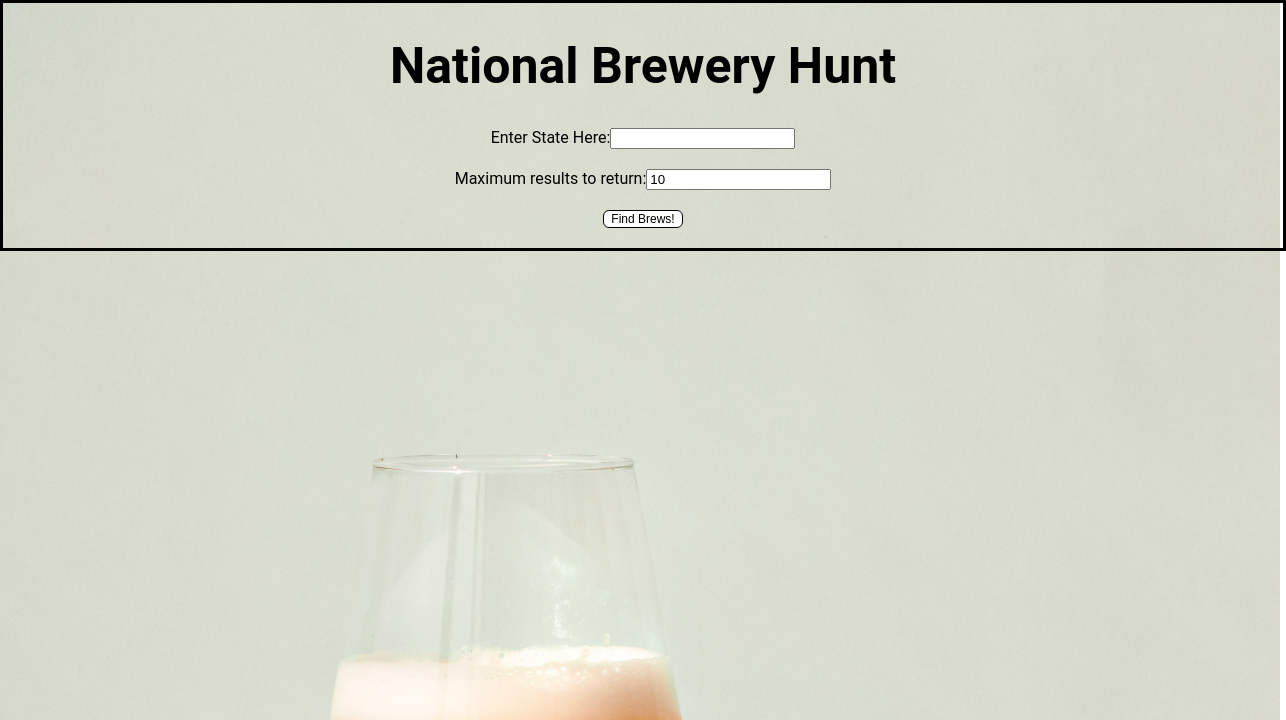
Repository: kaitlynMidori/searchBrews
Page: index.html
These files come from the project's save history. The page is drawn as it stood at one moment and after the next save; the edit follows.
The browser window is 1280 px wide. The page is 1286 px wide, so the pictures cover 1286 px, including what lies to the right of the window. The pictures show the whole page.

Above is the page before, as saved 2021-04-24 12:05:29.

After the next save:
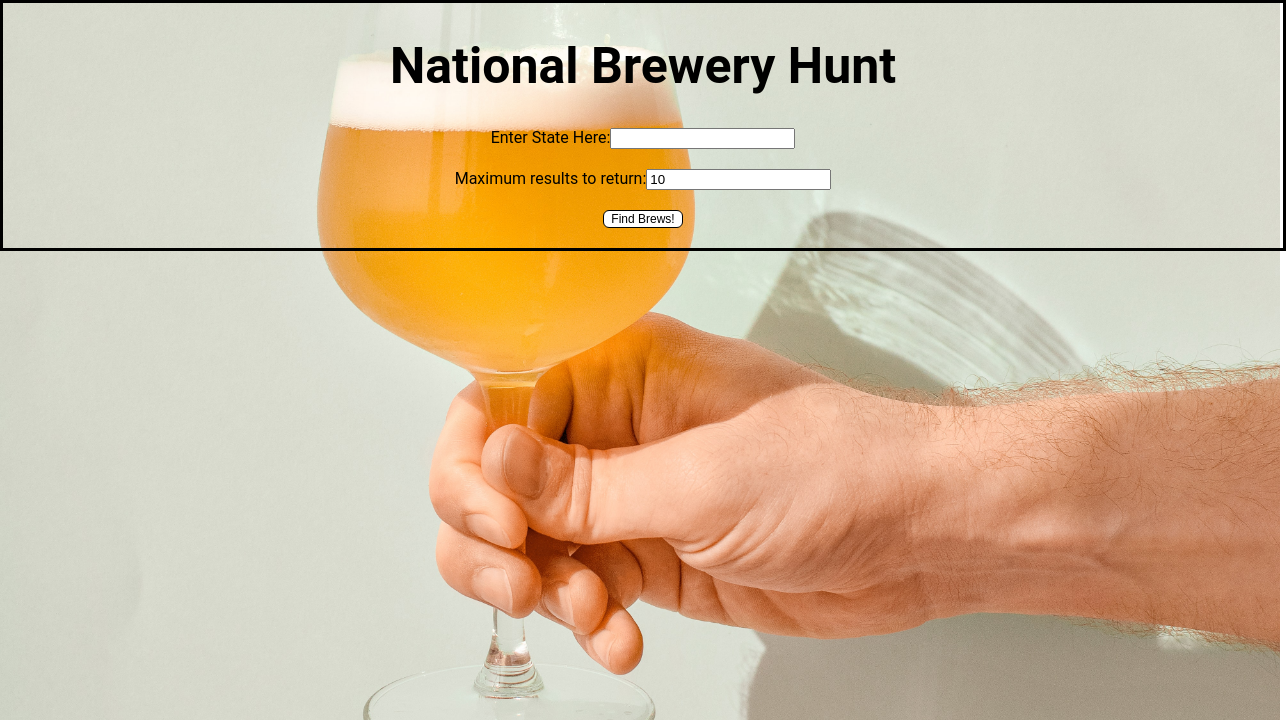
Saved 8 s later.
--- a/style.css
+++ b/style.css
@@ -4,7 +4,7 @@ body {
     color: black;
     margin: auto;
     /* background: cover; */
-    background: url("screenshots/beer.jpg") no-repeat center top fixed;
+    background: url("screenshots/beer.jpg") no-repeat center center fixed;
     -webkit-background-size: cover;
   -moz-background-size: cover;
   -o-background-size: cover;
